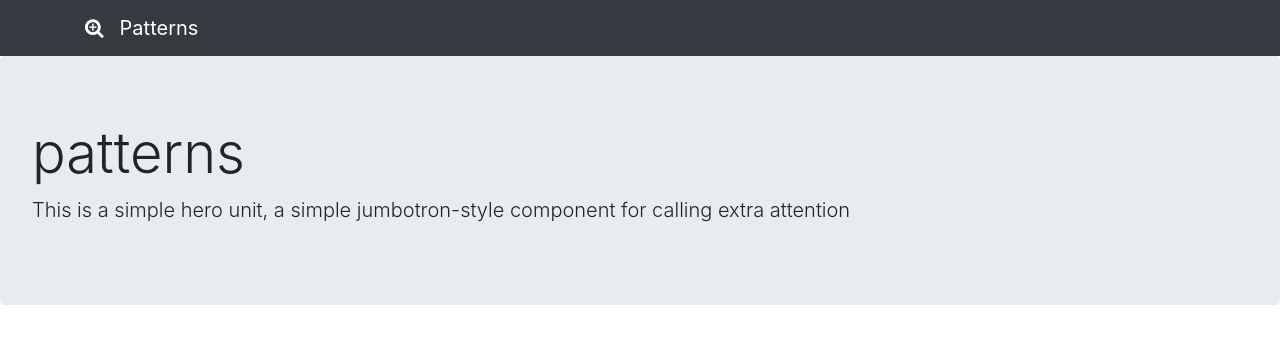
Repository: Mietlicha/patterns
Page: index.html
An editor plug-in stored every save of this project. The page is shown before and after the next save, followed by the edit.
The browser window is 1280 px wide. The pictures show the whole page.

Above is the page before, as saved 2019-10-24 11:14:27.

After the next save:
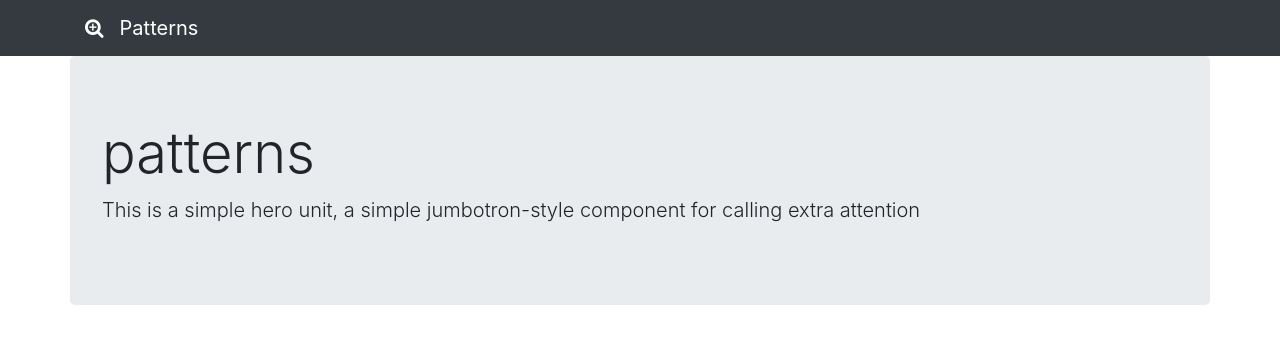
Saved 22 s later.
--- a/index.html
+++ b/index.html
@@ -18,7 +18,7 @@
         <div class="container"><a class="navbar-brand" href="#"><i class="fa fa-search-plus mr-3" aria-hidden="true"></i>Patterns</a></div>
     </nav>
     <article>
-    <section class="jumbotron">
+    <section class="jumbotron container">
             <h1 class="display-4">patterns</h1>
             <p class="lead">This is a simple hero unit, a simple jumbotron-style component for calling extra attention</p>
             </section>
